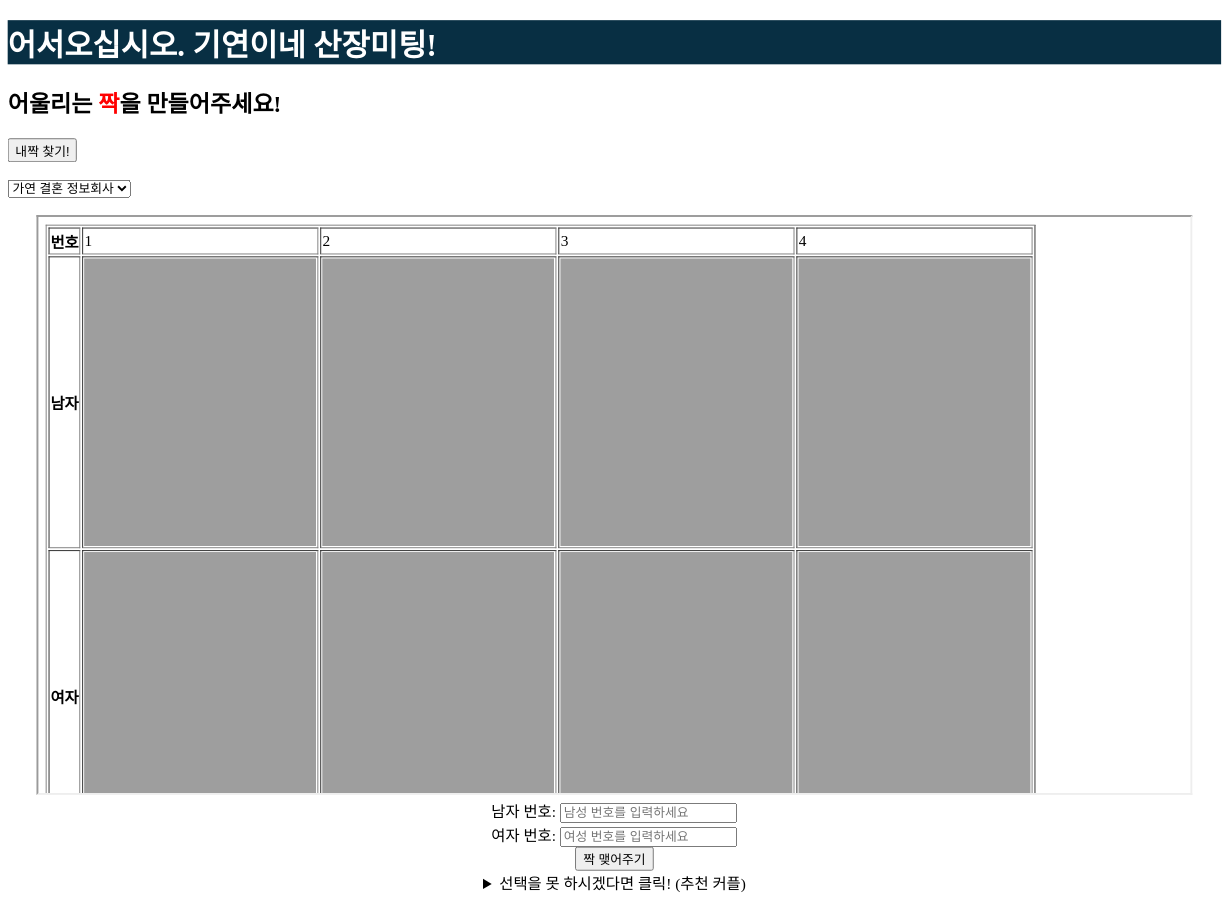
Repository: trapezer84/JSP
Page: http://localhost/AEA_Assignment/
These files come from the project's save history. The page is drawn as it stood at one moment and after the next save; the edit follows.
The browser window is 1280 px wide. The pictures show the whole page, at 96% of full size.
The page is served by Tomcat 9.

Above is the page before, as saved 2016-02-04 11:34:52.

After the next save:
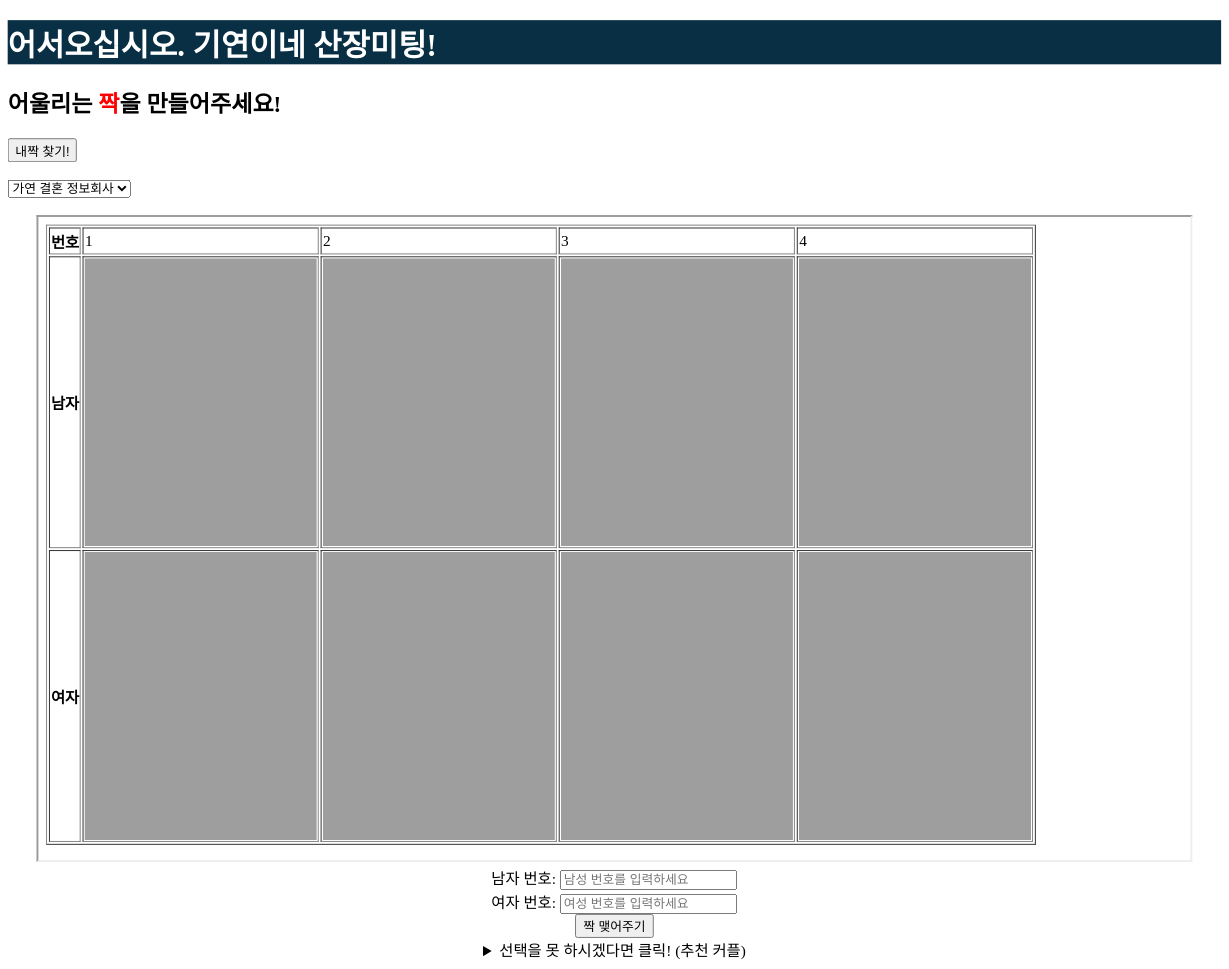
Saved 6 s later.
--- a/AEA_Assignment/WebContent/index.jsp
+++ b/AEA_Assignment/WebContent/index.jsp
@@ -35,7 +35,7 @@
 
 	<br />
 	<div align="center">
-	<iframe src="./showIdealType.jsp" width="1200" height="600"></iframe>
+	<iframe src="./showIdealType.jsp" width="1200" height="670"></iframe>
 	</div>
 
 	<div align="center">
